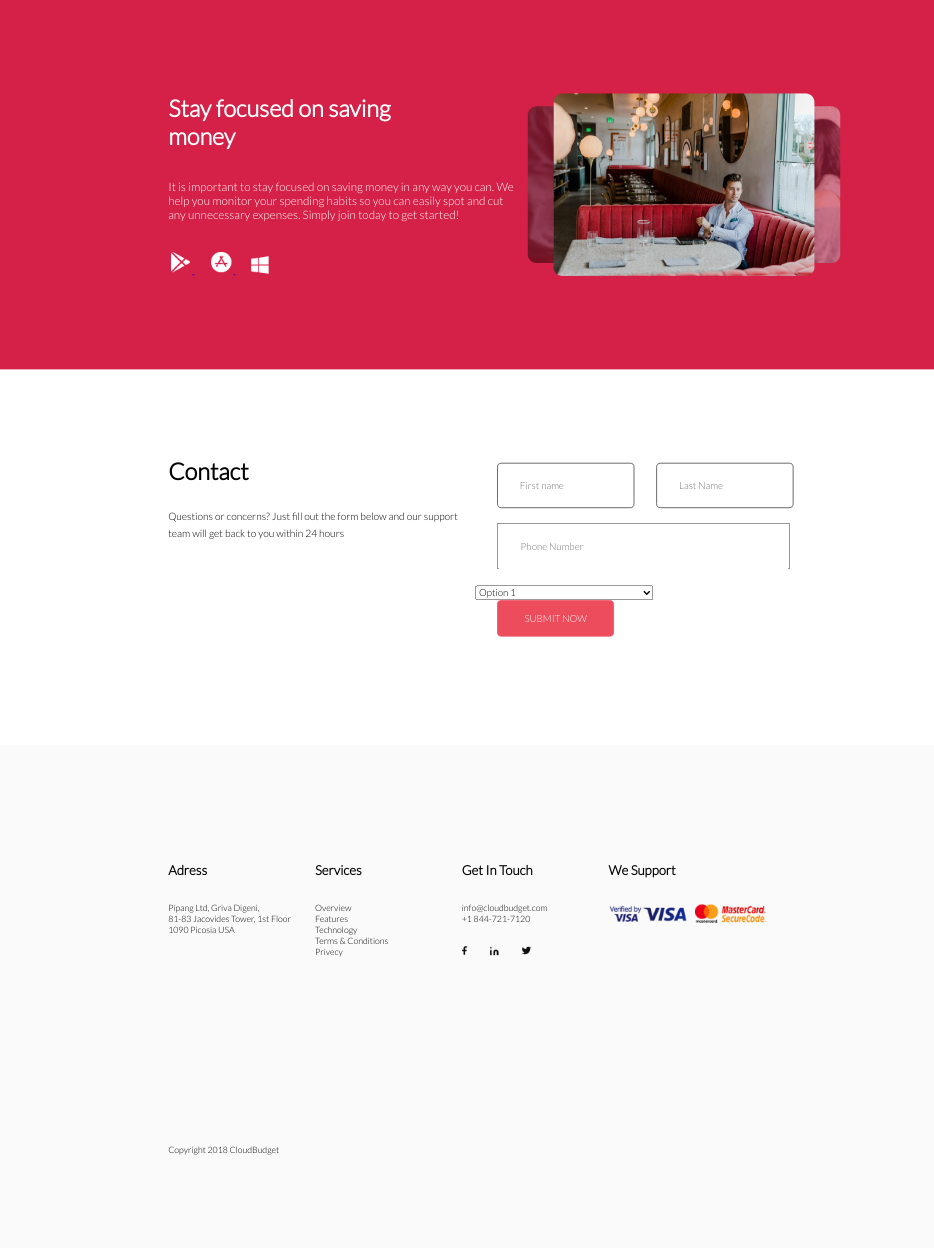
Repository: batonAnton/Cursor_lecture4
Page: index.html
The author's editor kept a copy of each file at every save. The page is drawn from the files as they stood at one save, then again after the next save.
The browser window is 1280 px wide. The pictures show the whole page, at 73% of full size.

Above is the page before, as saved 2022-06-09 16:48:51.

After the next save:
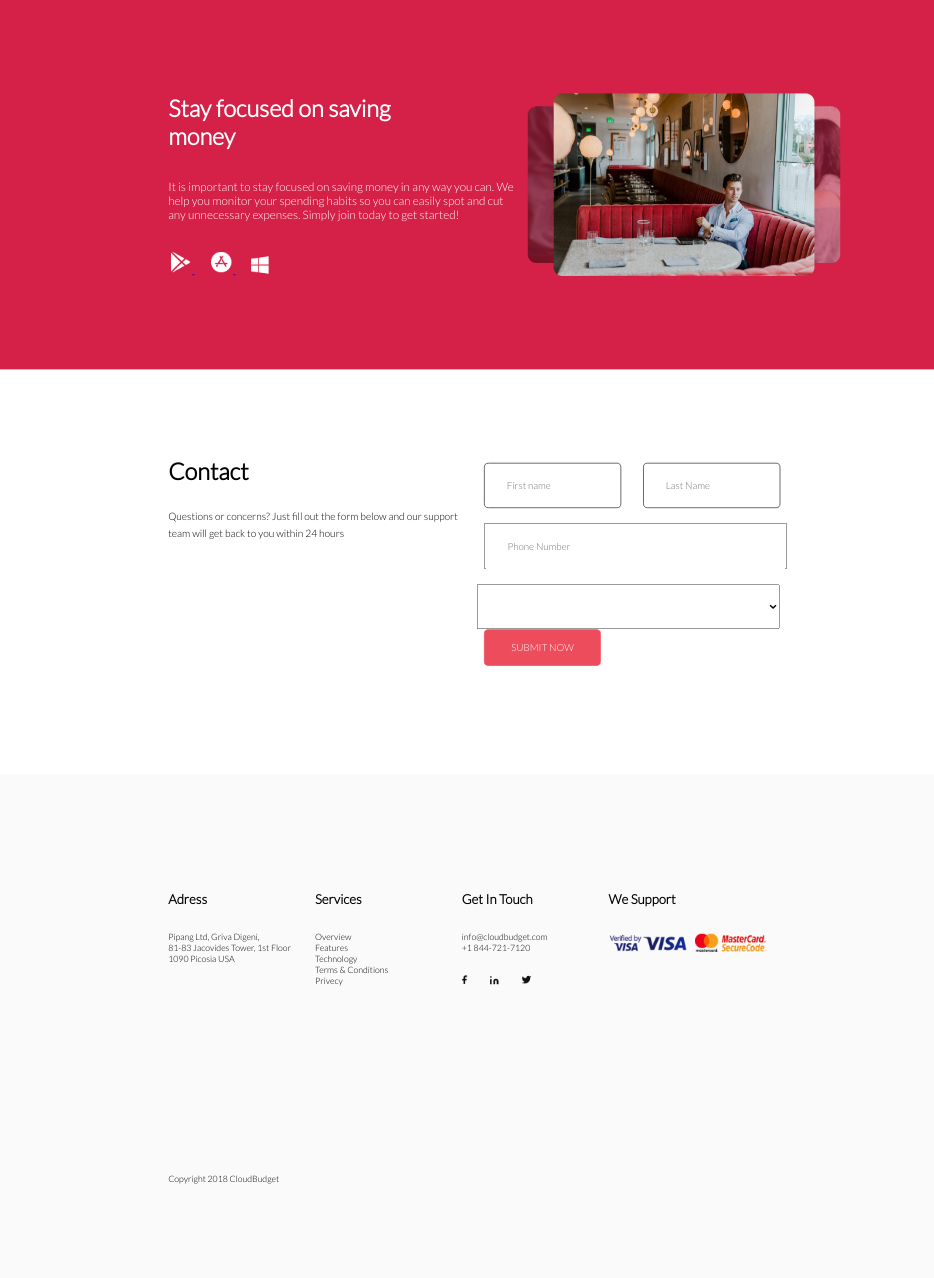
Saved 3 min 3 s later.
--- a/css/style.css
+++ b/css/style.css
@@ -80,10 +80,14 @@ section .info-box p{
   border-radius: 6px;
 }
 
-.input-fields input {
+.input-fields input, select {
   width: 80%;
   height: 60px;
   padding: 30px;
+}
+
+select{
+  margin-left: 20px;
 }
 
 form div {
